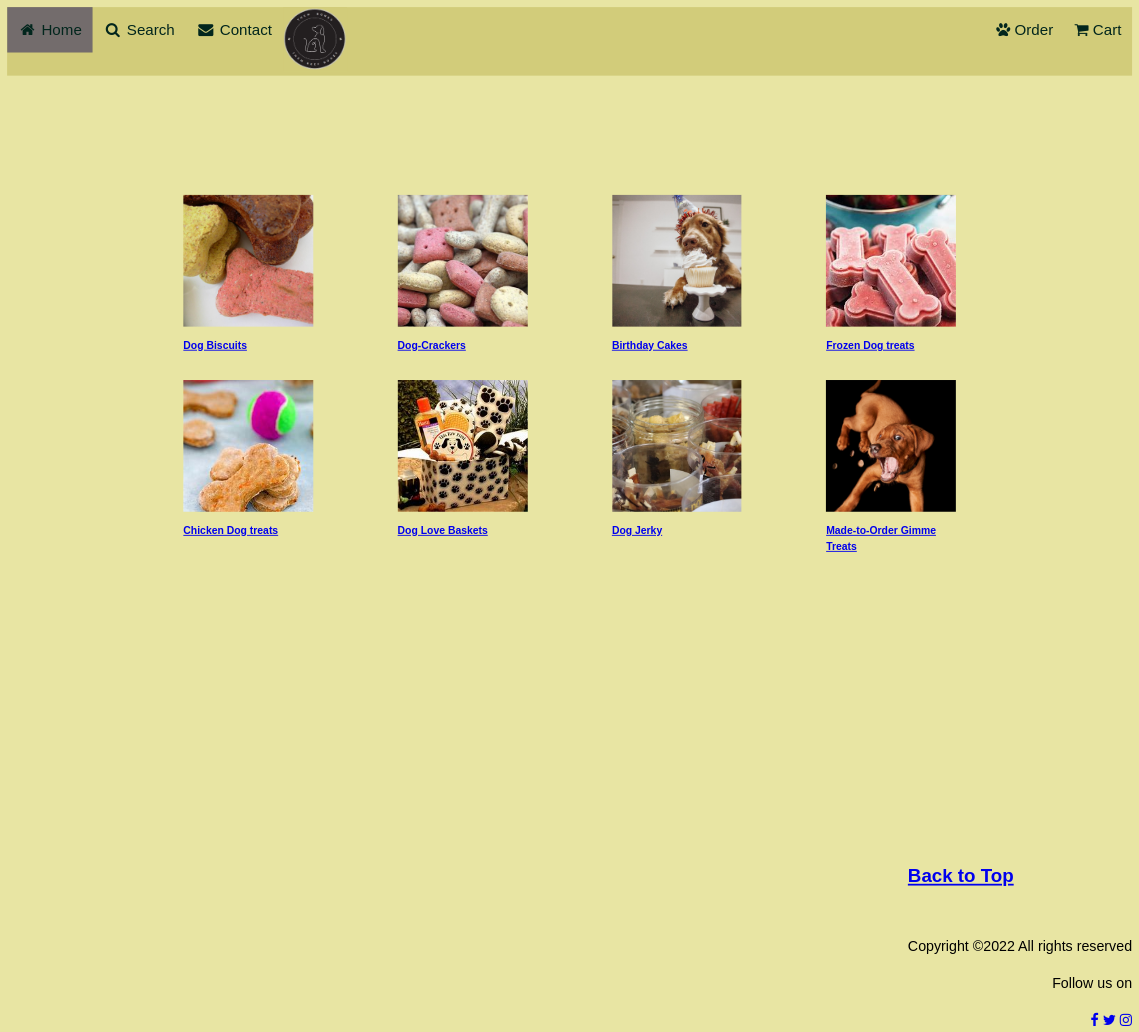
Repository: vgoins-RA2022/HTML-1
Page: index.html
These files come from the project's save history. The page is drawn as it stood at one moment and after the next save; the edit follows.
The browser window is 1280 px wide. The pictures show the whole page, at 89% of full size.

Above is the page before, as saved 2023-01-21 19:52:54.

### index.html
<!DOCTYPE html>
<html lang="en">

<head>
  <meta charset="UTF-8">
  <meta name="viewport" content="width=device-width, initial-scale=1">
  <link rel="stylesheet" href="https://cdnjs.cloudflare.com/ajax/libs/font-awesome/4.7.0/css/font-awesome.min.css">
  <link rel="stylesheet" href="../HTML-1/src/css/Style.css" type="text/css">
  <title>Simple HTML Assignment 1</title>
</head>

<header>
    <!-- setup top navigator bar. position logo, home and contact navators on the left-->
    <div class="navbar" float: left>
      <img src="src/img/them-bones-logo.png" alt="them-bones-logo" class="logo" >
      <a class="active" href="#"><i class="fa fa-fw fa-home"></i> Home</a>
      <a href="#"><i class="fa fa-fw fa-search"></i> Search</a>
      <a href="#"><i class="fa fa-fw fa-envelope"></i> Contact</a>
      <!-- position order and cart navigators on the right -->
    <div class="right"><a href="#"><i class="fa fa-paw" aria-hidden="true"></i> Order</a>
    <div class="right"><a href="#"><i class="fa fa-shopping-cart" aria-hidden="true"></i> Cart</a>
    </div>
  </header>

<body>
  <div class="container">
     <!-- set of store gallery of self-contained items enclosed in the figure tags  -->
    <div class="gallery">

      <figure class="gallery__item gallery__item--1">
            <img src="src/img/animal-dog- biscuits.jpg" alt="animal-dog-biscuits" class="gallery__img" >
              <h3 class= image-text>
                <h3><a href="#">Dog Biscuits</a></h3>
              </h3>
        </figure>
        <figure class="gallery__item gallery__item--2">
            <img src="src/img/animal-dog- crackers.jpg" alt="animal-dog-crackers" class="gallery__img">
                <h3 class= image-text>
                  <h3><a href="#">Dog-Crackers</a></h3>
                </h3>

        </figure>
        <figure class="gallery__item gallery__item--3">
            <img src="src/img/dog-happy-birthday.jpg" alt="dog-happy-birthday" class="gallery__img">
              <h3 class= image-text></h3>
                <h3><a href="#">Birthday Cakes</a></h3>
               </h3>
        </figure>
        <figure class="gallery__item gallery__item--4">
            <img src="src/img/frozen-dog-treats.jpg" alt="frozen-dog-treats" class="gallery__img">
              <h3 class= image-text>
                 <h3><a href="#">Frozen Dog treats</a></h3>
              </h3>
        </figure>
        <figure class="gallery__item gallery__item--5">
            <img src="src/img/chicken-dog-treat.jpg" alt="chicken-dog-treats" class="gallery__img">
              <h3 class= image-text>
                <h3><a href="#">Chicken Dog treats</a></h3>
              </h3>
        </figure>
        <figure class="gallery__item gallery__item--6">
            <img src="src/img/doggy-love-basket.jpg" alt="doggy-love-basket" class="gallery__img">
            <h3 class= image-text>
            <h3><a href="#">Dog Love Baskets</a></h3>
            </h3>
        </figure>
        <figure class="gallery__item gallery__item--7">
            <img src="src/img/Dog-jerkey.png" alt="dog-jerky" class="gallery__img">
            <h3 class= image-text>
              <a href="#">Dog Jerky</a></h3>
            </h3>
        </figure>
        <figure class="gallery__item gallery__item--8">
          <img src="src/img/gimme-dog treats.jpg" alt="gimme-dog-treats" class="gallery__img">
          <h3 class= image-text>
            <a href="#">Made-to-Order Gimme Treats</a>
          </h3>
        </figure>

      </div>
  </div>

  <a href="#" class="button">
    <div class="right"><span class="label"><h3>Back to Top</h3></span>
  </a>
</body>

<footer>
  <!-- <div> id="footer"</div>  footer id attribute -->

  <!-- setup navigator bar in the footer of copywright and social media icons -->

  <div class="navbar-footer">
    <div class="row">
      <div class="col-left">Copyright ©2022 All rights reserved</div>
      <div class="col-right">
        <p>Follow us on</p>
        <a href="#"><i class="fa fa-facebook"></i></a>
        <a href="#"><i class="fa fa-twitter"></i></a>
        <a href="#"><i class="fa fa-instagram"></i></a>
      </div>
    </div>
  </div>

  </footer>
</html>

### src/css/Style.css

/* align navigation bar items */
.left-menu {
  grid-column: 1;
}
.right-menu {
  grid-column: -1;
}
/* format logo position, width and height */
.logo {
  grid-column: 3;
  grid-area: logo;
  place-self: center;
  width: 10vh;
  height: 10vh;
  justify-self: center;
  background-color:#d2cc7a;
}

/* style the navigation bar */
.navbar a {
float: left;
padding-top: 70px;
padding: 12px;
color: #02261d;
text-decoration: none;
font-size: 17px;
}
/* set the size of the images */
img {
  width: 400px;
  height: 80px;
}
/* change color of navigation item when cursor hovers */
.navbar a:hover {
background-color: #8e8c8c;
}
.active {
background-color: #736c6c;
}
.left {
  float: left;
}

.right {
  float: right;
 }

.navbar a {
    float: left;
    display: block;
}

.navbar {
    width: 100%;
    background-color: #d2cc7a;
    overflow: auto;
}

.logo img {
    display: inline-block;
    vertical-align: top;
    width: 50px;
    height: 50px;
    margin-right: 20px;
    margin-top: 15px;
}

html {
  box-sizing: border-box;
  font-size: 62.5%;
}

body {
  font-family: "Nunito", sans-serif;
  background-color: rgba(216, 212, 98, 0.585);
  font-weight: 300;
  line-height: 1.6;
}

.container {
  width: 75%;
  margin: 2rem auto;
}

.gallery {
  display: grid;
  grid-template-columns: repeat(8, 1fr);
  grid-template-rows: repeat(8, 5vw);
  grid-gap: 1.5rem;
  row-gap: 40px;
}

.gallery__img {
  width: 100%;
  height: 100%;
  object-fit: cover;
  display: block;
}

.image-txt {
  margin: 3%;
  position: absolute;
  top: 20px;
  left: 50px;
}
/* set length and position of store gallery items */
.gallery__item--1 {
  grid-column: 1 / span 2;
  grid-row: 2 / span 2;
}
.gallery__item--2 {
  grid-column: 3 / span 2;
  grid-row: 2 / span 2;
}
.gallery__item--3 {
  grid-column: 5 / span 2;
  grid-row: 2 / span 2;
}
.gallery__item--4 {
  grid-column: 7 / span 2;
  grid-row: 2 / span 2;
}
.gallery__item--5 {
  grid-column: 1 / span 2;
  grid-row: 4 / span 2;
}
.gallery__item--6 {
  grid-column: 3 / span 2;
  grid-row: 4 / span 2;
}
.gallery__item--7 {
  grid-column: 5 / span 2;
  grid-row: 4 / span 2;
}
.gallery__item--8 {
  grid-column: 7 / span 2;
  grid-row: 4 / span 2;
}
/* Style the button */
.button {
  outline: none;
  padding: 10px 16px;

  cursor: pointer;
  font-size: 18px;
}


.button:hover {
  background-color: #ddd;
}

.button.active {
  background-color: #666;
  color: white;
}

.navbar-footer {
  font-size: 16px;
  display: flex;
  justify-content: space-between;
}
.col-left {
  text-align: left;
}
.col-right {
  text-align: right;
}


.footer {
  background: #061D25;
  padding: 10px 0;
}
.footer a {
  color: #70726F;
  font-size: 20px;
  padding: 10px;
  border-right: 1px solid #70726F;
  transition: all .5s ease;
}
.flex-container {
  display: flex;
  background: #d2cc7a;
}

.copyright{
  text-align: center;
  padding-top: 24px;
  font-weight: 500;
  opacity: 0.8;
  font-size: 16px;
}
@media (max-width: 767px) {

    .h6{
      margin: 0 auto;
      text-align: center;
      margin-top: 10px;
      margin-bottom: 10px;
    }
    .ul{
      text-align: center;
    }
    .social{
        width: 100%;
        margin: 0 auto;
        font-size: "15px";
        text-align: center;
        padding: 40px;
        padding-bottom: 0px;
        border-top: 1px solid #eee;
        margin-top: 50px;
    }

  }

After the next save:
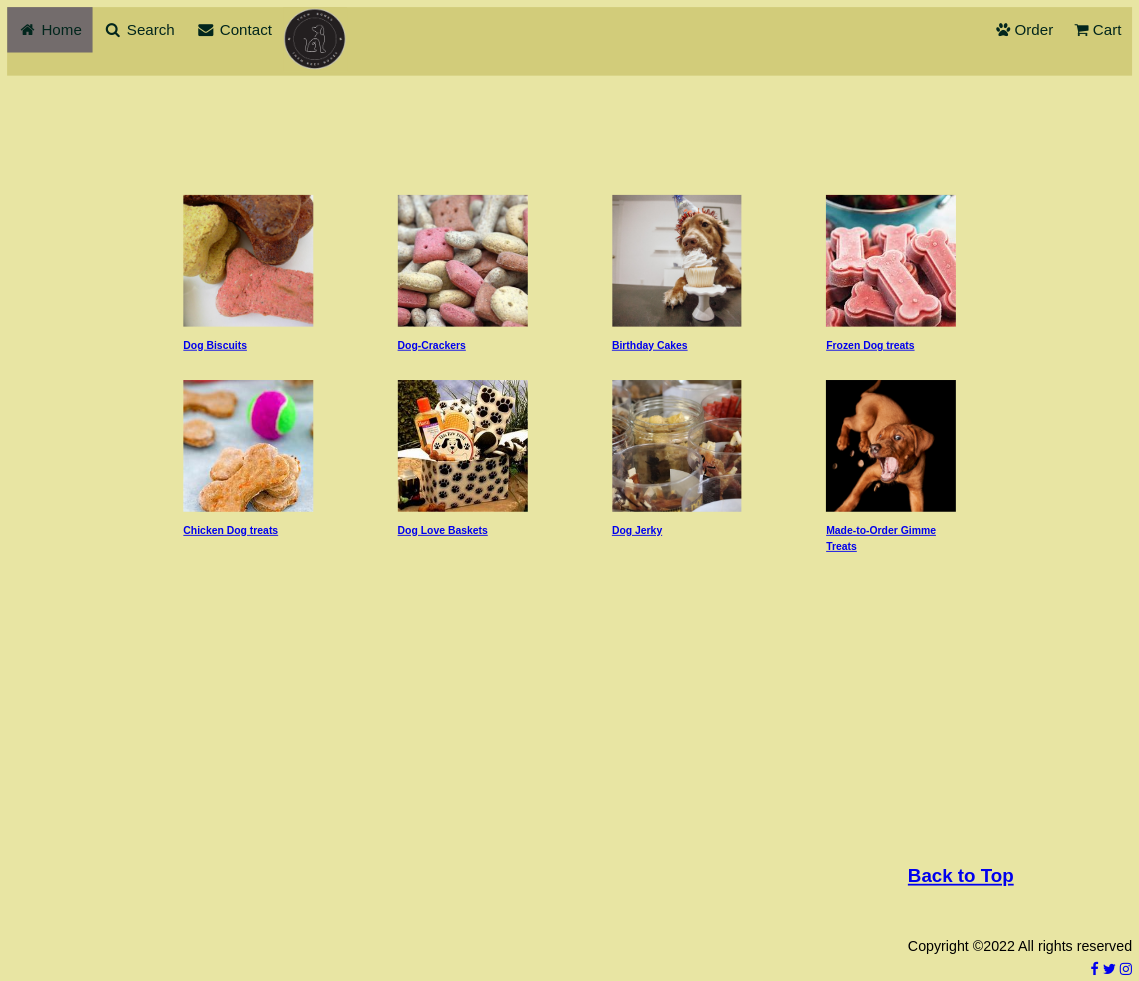
Saved 37 s later.
--- a/index.html
+++ b/index.html
@@ -94,7 +94,7 @@
     <div class="row">
       <div class="col-left">Copyright ©2022 All rights reserved</div>
       <div class="col-right">
-        <p>Follow us on</p>
+
         <a href="#"><i class="fa fa-facebook"></i></a>
         <a href="#"><i class="fa fa-twitter"></i></a>
         <a href="#"><i class="fa fa-instagram"></i></a>
